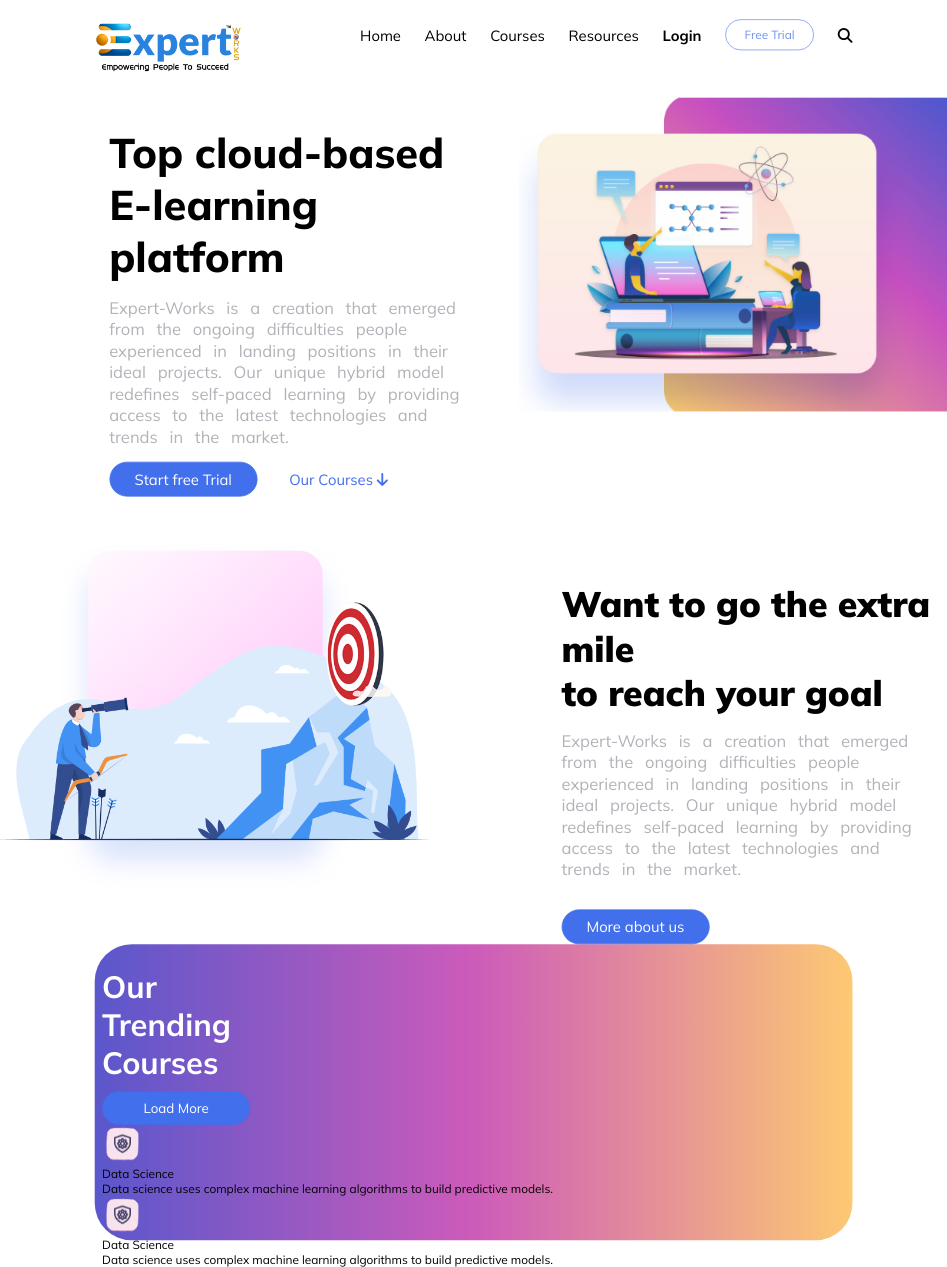
Repository: FlyweisReact/Raghu-B2C
Page: /homePage
An editor plug-in stored every save of this project. The page is shown before and after the next save, followed by the edit.
The browser window is 1280 px wide. The pictures show the whole page, at 74% of full size.
Some web libraries are served in a nearby version. The project was rebuilt for these pictures with package versions that can differ from the ones it lists, and the page was loaded fresh each time. Also part of the build but not shown: src/Footer/footer.scss, src/Footer/Footer.jsx, src/component/pages/courses/course.scss, src/component/Navbar/nav.scss, src/component/Navbar/Nav.jsx, src/component/navigation/NavItems.js, src/component/navigation/Dropdown.css, src/component/navigation/Dropdown.js and 43 more.

Above is the page before, as saved 2023-02-03 16:05:31.

After the next save:
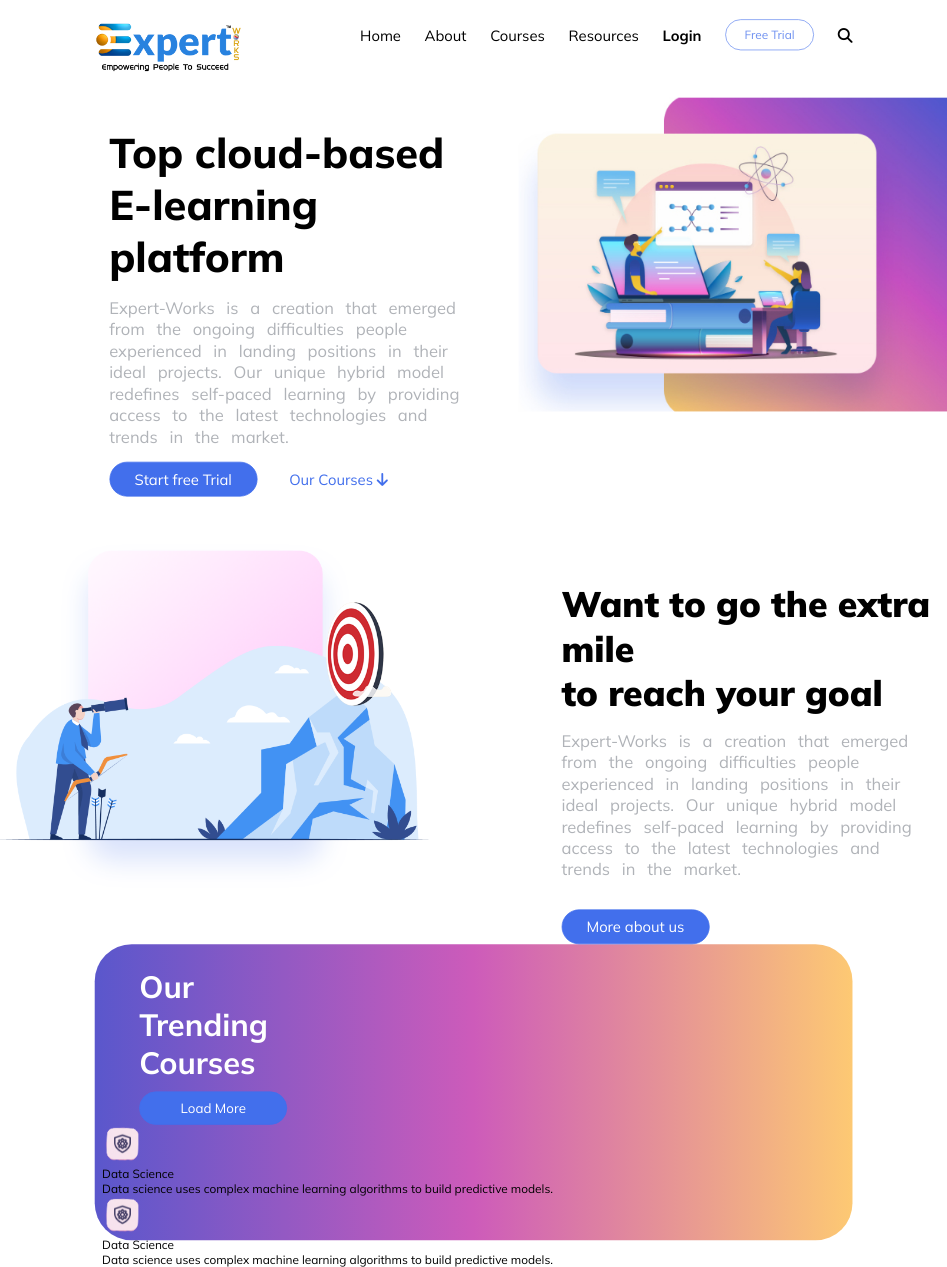
Saved 6 s later.
--- a/src/HomePage.css
+++ b/src/HomePage.css
@@ -122,5 +122,5 @@
     color: #fff;
     font-size: 2.6rem;
     font-weight: bold;
-
+    margin-left: 5%;
 }
